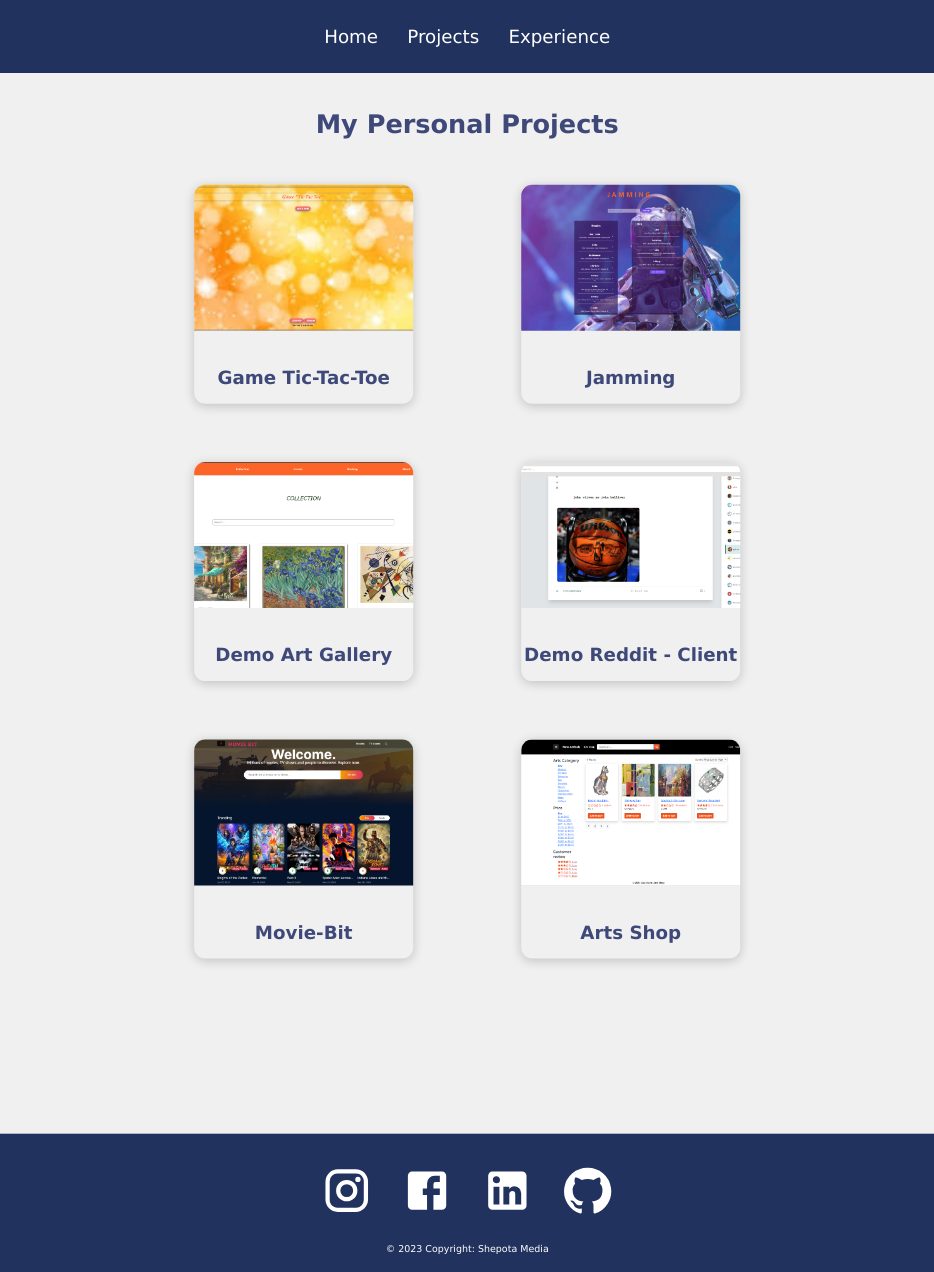
Repository: LolaSL/react-portfolio
Page: /projects
These files come from the project's save history. The page is drawn as it stood at one moment and after a run of saves; the edit follows.
The browser window is 1280 px wide. The pictures show the whole page, at 73% of full size.
The project was rebuilt for these pictures with package versions that can differ from the ones it lists, and the page was loaded fresh each time. Also part of the build but not shown: src/pages/Home/Style.css, src/pages/Home/Home.jsx, src/pages/Experience/Experience.jsx, src/pages/ProjectDetail/ProjectDetail.jsx.

Above is the page before, as saved 2023-06-30 16:39:07.

After the next 5 saves:
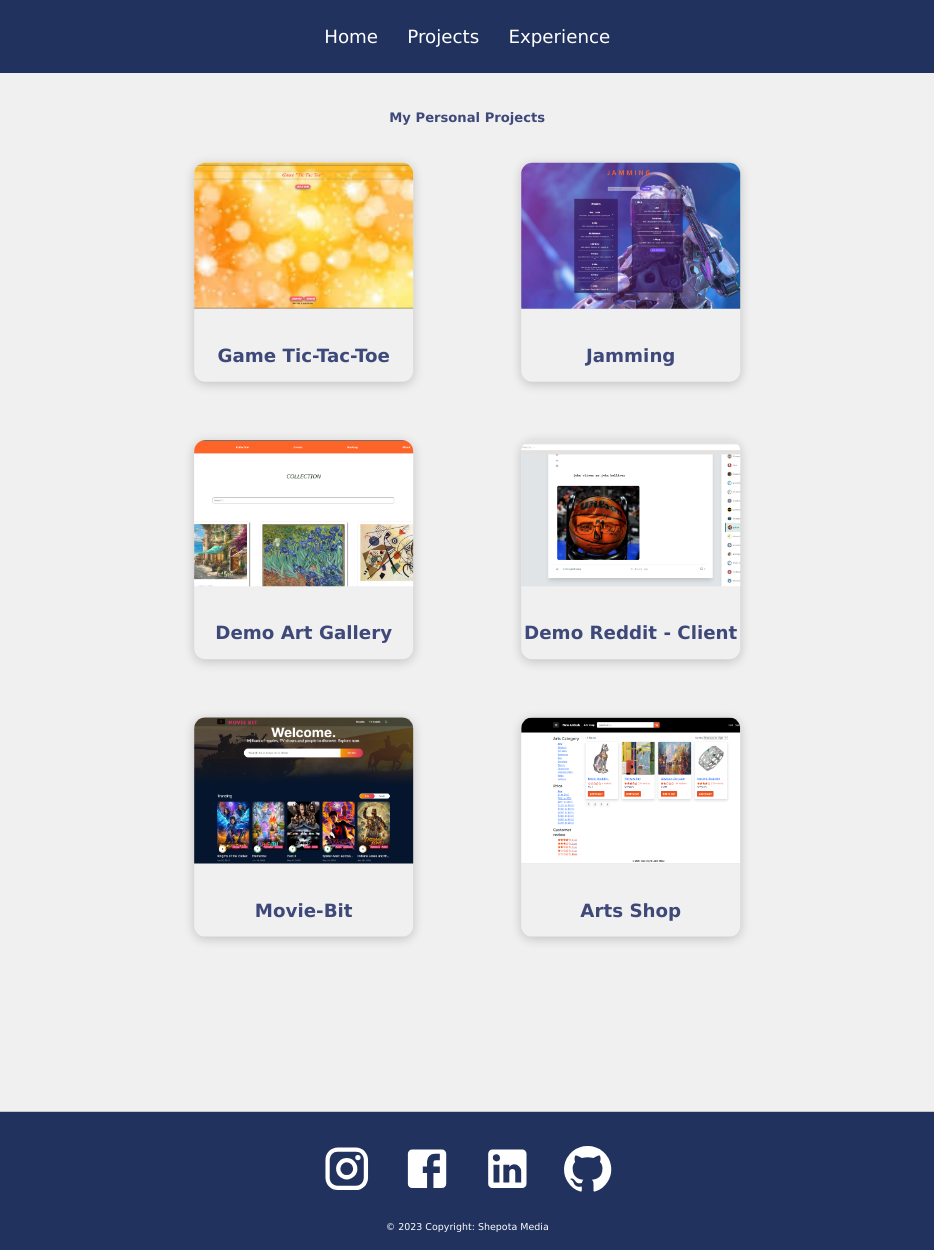
The 5 saves are shown as one change because they came seconds apart.
The last was saved 12 s later.
--- a/src/pages/ProjectDetail/Style.css
+++ b/src/pages/ProjectDetail/Style.css
@@ -33,7 +33,9 @@
   }
 
   @media only screen and (max-width: 1300px) {
-    h1
+    h1{
+        font-size: 18px;
+    }
   }
 
   @media only screen and (max-width: 800px) {
